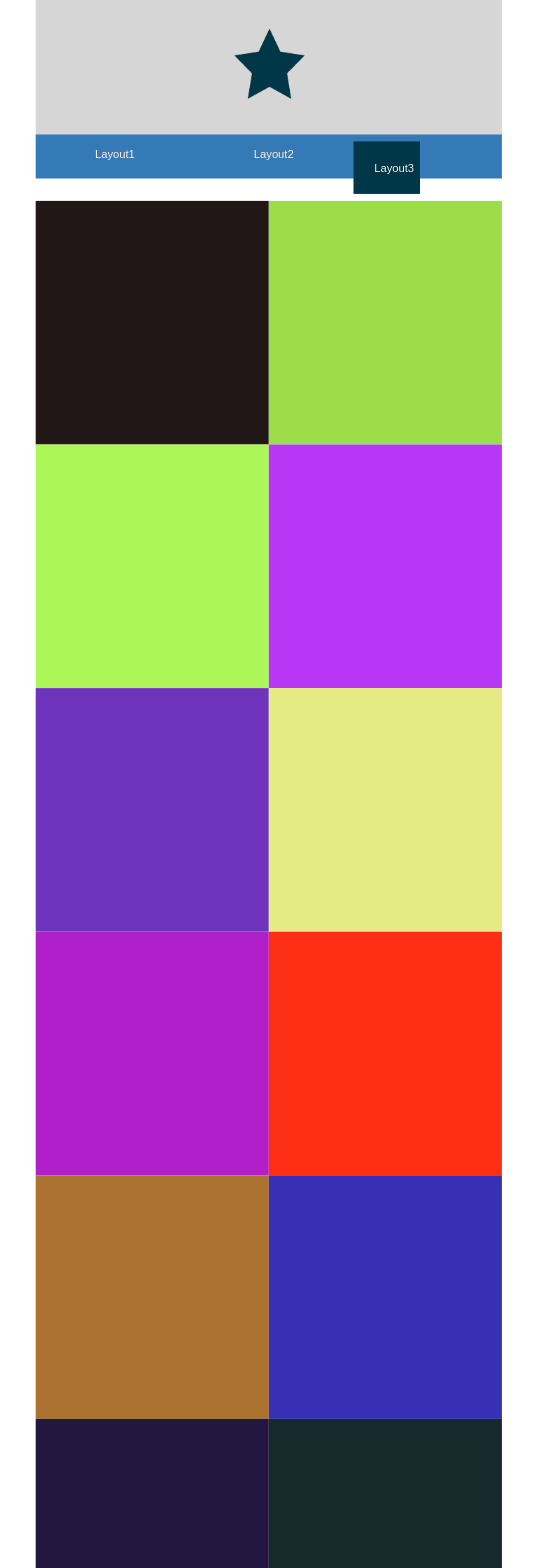
Repository: baliayassin/MyGame
Page: Documents/Aptana Studio 3 Workspace/homeWork2/layOut3.html
The author's editor kept a copy of each file at every save. The page is drawn from the files as they stood at one save, then again after the next save.
The browser window is 768 px wide. The pictures show the part of the page from y = 0 to 2240 px (the page is 2775 px tall before and 2790 px after), at 70% of full size.
Some web libraries are served in a nearby version.

Above is the page before, as saved 2017-12-13 21:17:58.

After the next save:
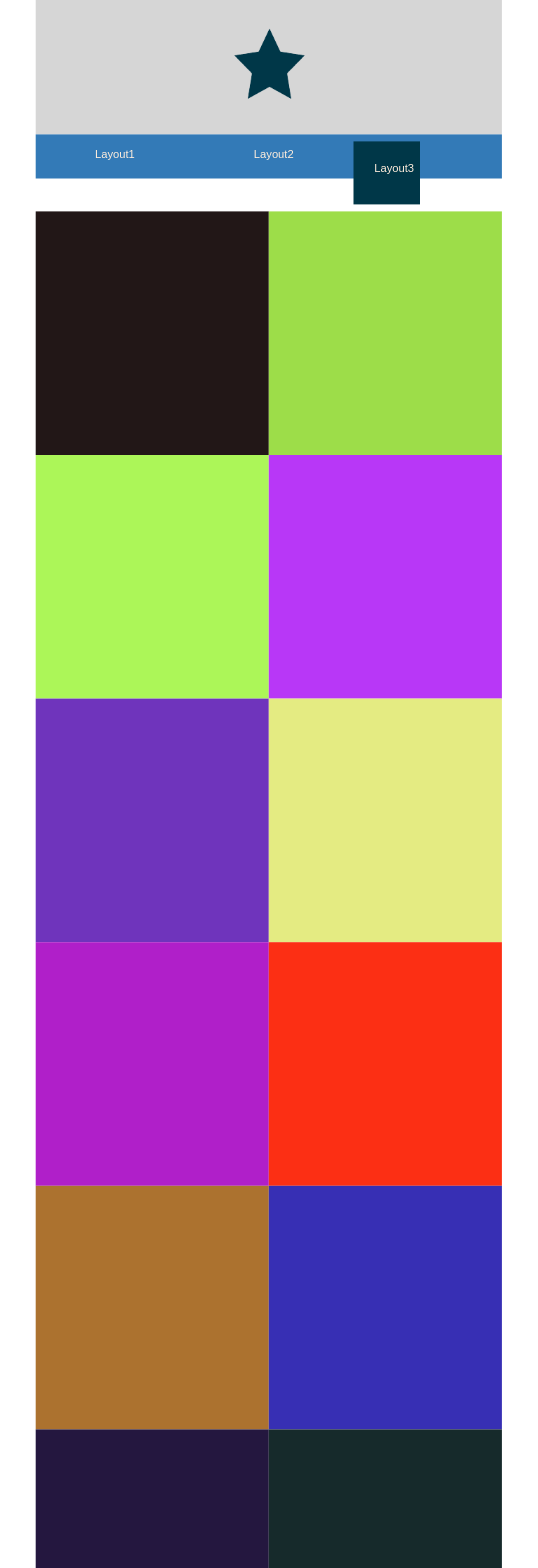
Saved 10 s later.
--- a/Documents/Aptana Studio 3 Workspace/homeWork2/includes/style.css
+++ b/Documents/Aptana Studio 3 Workspace/homeWork2/includes/style.css
@@ -420,7 +420,7 @@ main, nav, aside, footer, section, article, header {
     	.nava{width:30%;
     	}
     	 #wrapper3 nav ul{margin-left: 0px;}
-    	 #wrapper3 nav span a{padding: 30px; height: 15px;}
+    	 #wrapper3 nav span a{padding: 30px; height: 30px;}
     }
 
 .clear{
